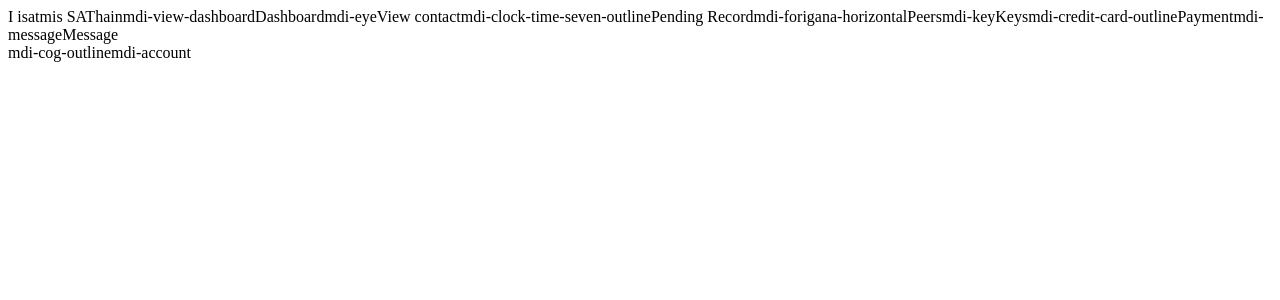
Repository: umarrg/isatmis
Page: /home
The author's editor kept a copy of each file at every save. The page is drawn from the files as they stood at one save, then again after the next save.
The browser window is 1280 px wide. The pictures show the whole page.
The project was rebuilt for these pictures with package versions that can differ from the ones it lists, and the page was loaded fresh each time. Also part of the build but not shown: vue.config.js. Imported but missing from the stored project, and not drawn on this page: src/plugins/vuetify.

Above is the page before, as saved 2021-01-26 00:12:56.

### src/App.vue
<template>
  <v-app>
    <navbar v-if="$route.meta.showHeader == true"/>
    <v-main>
      <router-view></router-view>
    </v-main>
  </v-app>
</template>

<script>
import navbar from '../src/components/Navbar'
export default {
  name: 'App',

  components: {
   navbar
  },

  data: () => ({
    //
  }),
};
</script>

### src/router/index.js
import Vue from 'vue'
import VueRouter from 'vue-router'
import Home from '../views/Home.vue'

Vue.use(VueRouter)

const routes = [
  {
    path: '/home',
    name: 'Home',
    component: Home,
    meta: {
      showHeader: true,
    },
  },
  {
    path: '/education',
    name: 'Education',

    meta: {
      showHeader: true,
    },
    // route level code-splitting
    // this generates a separate chunk (about.[hash].js) for this route
    // which is lazy-loaded when the route is visited.
    component: () => import(/* webpackChunkName: "about" */ '../views/edu.vue')
  },
  {
    path: '/',
    name: 'Signin',

    meta: {
      showHeader: false,
    },
    // route level code-splitting
    // this generates a separate chunk (about.[hash].js) for this route
    // which is lazy-loaded when the route is visited.
    component: () => import(/* webpackChunkName: "about" */ '../views/signin.vue')
  },

  {
    path: '/land',
    name: 'Land',

    meta: {
      showHeader: true,
    },
    // route level code-splitting
    // this generates a separate chunk (about.[hash].js) for this route
    // which is lazy-loaded when the route is visited.
    component: () => import(/* webpackChunkName: "about" */ '../views/land.vue')
  },
  {
    path: '/view',
    name: 'view',

    meta: {
      showHeader: true,
    },
    // route level code-splitting
    // this generates a separate chunk (about.[hash].js) for this route
    // which is lazy-loaded when the route is visited.
    component: () => import(/* webpackChunkName: "about" */ '../views/view.vue')
  },
  {
    path: '/peers',
    name: 'peers',

    meta: {
      showHeader: true,
    },
    // route level code-splitting
    // this generates a separate chunk (about.[hash].js) for this route
    // which is lazy-loaded when the route is visited.
    component: () => import(/* webpackChunkName: "about" */ '../views/peers.vue')
  },
  {
    path: '/message',
    name: 'message',

    meta: {
      showHeader: true,
    },
    // route level code-splitting
    // this generates a separate chunk (about.[hash].js) for this route
    // which is lazy-loaded when the route is visited.
    component: () => import(/* webpackChunkName: "about" */ '../views/message.vue')
  },
  {
    path: '/medical',
    name: 'Medical',

    meta: {
      showHeader: true,
    },
    // route level code-splitting
    // this generates a separate chunk (about.[hash].js) for this route
    // which is lazy-loaded when the route is visited.
    component: () => import(/* webpackChunkName: "about" */ '../views/medical.vue')
  },
  {
    path: '/pending',
    name: 'pending',

    meta: {
      showHeader: true,
    },
    // route level code-splitting
    // this generates a separate chunk (about.[hash].js) for this route
    // which is lazy-loaded when the route is visited.
    component: () => import(/* webpackChunkName: "about" */ '../views/pending.vue')
  }

]

const router = new VueRouter({
  mode: 'history',
  base: process.env.BASE_URL,
  routes
})

export default router

### src/components/Navbar.vue
<template>
  <nav>
    <!-- <v-app-bar app flat color="white">
      <v-app-bar-nav-icon
        tile
        dark
        small
        @click="drawer = !drawer"
        class="black--text "
      ></v-app-bar-nav-icon>
      <v-spacer></v-spacer>
      <div>
        <v-menu offset-y>
          <template v-slot:activator="{ on, attrs }">
            <v-btn icon small class="mr-2" v-on="on" v-bind="attrs">
              <v-icon color="black">mdi-cog-outline</v-icon>
            </v-btn>
          </template>
        </v-menu>

        <v-btn to="/profile" v-rounded icon>
          <v-list-item-avatar color="black" class="ml-4">
            <v-img
              src="../assets/bi.png"
              size="30"
            ></v-img>
          </v-list-item-avatar>
        </v-btn>
      </div>
    </v-app-bar> -->
    <v-navigation-drawer v-model="drawer"  app color="">
      <v-layout column align-center>
        <v-flex class="mt-7 mb-8">
          <span class="text-h4 white--text font-weight-light">
            <span class="blue--text font-weight-black">I</span>   isatmis
            <span class="blue--text font-weight-black">S</span>
            <span class="blue--text font-weight-black">A</span>
            <span class="blue--text font-weight-black">T</span>
            <span class="blue--text font-weight-black">h</span>
            <span class="blue--text font-weight-black">a</span>
            <span class="blue--text font-weight-black">i</span>
            <span class="blue--text font-weight-black">n</span>
          </span>
        </v-flex>
      </v-layout>

      <v-list dense nav>
        <v-list-item
         class=""
          active-class=" blue--text border"
          v-for="link in links"
          :key="link.icon"
          :to="link.route"
        >
          <v-list-item-action>
            <v-icon>{{ link.icon }}</v-icon>
          </v-list-item-action>
          <v-list-item-content>
            <v-list-item-title class="font-weight-light">{{
              link.text
            }}</v-list-item-title>
          </v-list-item-content>
        </v-list-item>
      </v-list>

    </v-navigation-drawer>
  </nav>
</template>

<script>
export default {
  data: () => ({
    drawer: true,
    links: [
      { icon: "mdi-view-dashboard", text: "Dashboard", route: "/home" },
      { icon: "mdi-eye", text: "View contact", route: "/view" },
      {
        icon: "mdi-clock-time-seven-outline",
        text: "Pending Record",
        route: "/pending",
      },
      { icon: "mdi-forigana-horizontal", text: "Peers", route: "/peers" },
      { icon: "mdi-key", text: "Keys", route: "/keys" },
      { icon: "mdi-credit-card-outline", text: "Payment", route: "/payment" },
      { icon: "mdi-message", text: "Message", route: "/message" },
    ],

    offset: true,
  }),

};
</script>

<style>
.border {
  border-bottom: 4px solid #00b0f0
}

</style>

### src/views/Home.vue
<template>
  <v-app>
    <v-container>
      <v-col cols="12">
        <v-row align="center" justify="center">
          <v-col cols="12" md="12" sm="8" class="py-0">
            <v-card>
              <v-row>
                <v-col cols="10">
                  <v-text-field
                    dense
                    hide-details
                    prepend-inner-icon="mdi-search"
                    rounded
                    elevation-4
                   placeholder="Search"
                  ></v-text-field>
                </v-col>
                <v-col cols="1" class="px-0">
                  <v-icon color="black">mdi-cog-outline</v-icon>
                </v-col>
                <v-col cols="1" class="px-0">
                 <v-icon>mdi-account</v-icon>
                </v-col>
              </v-row>
            </v-card>
          </v-col>
        </v-row>
      </v-col>
      <!-- <v-row no-gutters>
        <v-col cols="12" md="3" sm="6">
          <v-alert border="bottom" colored-border color="blue" elevation="2">
            turpishjhjh
          </v-alert>
        </v-col>
      </v-row> -->
    </v-container>
  </v-app>
</template>

Loaded but not shown: public/index.html (common file); src/main.js (common file)

After the next save:
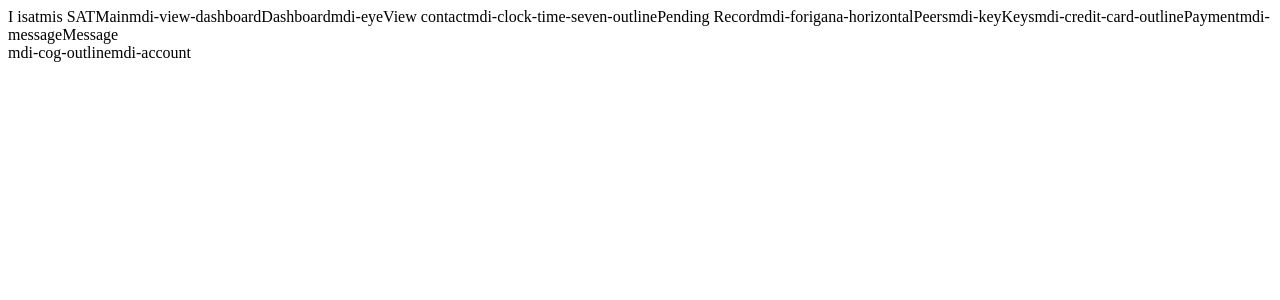
Saved 5 s later.
--- a/src/components/Navbar.vue
+++ b/src/components/Navbar.vue
@@ -36,7 +36,7 @@
             <span class="blue--text font-weight-black">S</span>
             <span class="blue--text font-weight-black">A</span>
             <span class="blue--text font-weight-black">T</span>
-            <span class="blue--text font-weight-black">h</span>
+            <span class="blue--text font-weight-black">M</span>
             <span class="blue--text font-weight-black">a</span>
             <span class="blue--text font-weight-black">i</span>
             <span class="blue--text font-weight-black">n</span>
